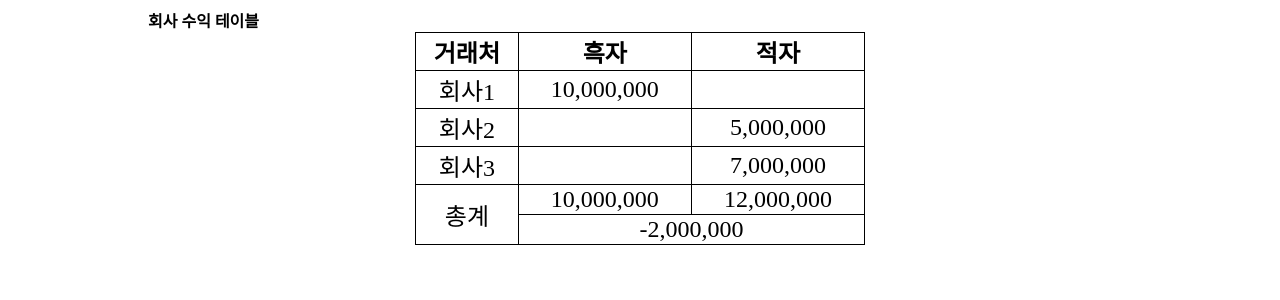
Repository: guswnsdldl/gb
Page: html workspace/f_table/src/main/webapp/span-task02.html
The author's editor kept a copy of each file at every save. The page is drawn from the files as they stood at one save, then again after the next save.
The browser window is 1280 px wide. The pictures show the whole page.

Above is the page before, as saved 2024-08-06 03:13:43.

### html workspace/f_table/src/main/webapp/span-task02.html
<!DOCTYPE html>
<html>
<head>
<meta charset="UTF-8">
<title>회사 수익 테이블</title>
<style>
   table, tr, td, th {
      text-align: center;
      width: 450px;
      margin: 0 auto;
      border: 1px solid black;
      border-collapse: collapse;
      font-size: 1.5rem;
   }
</style>
</head>
<body>

&nbsp;&nbsp;&nbsp;&nbsp;&nbsp;&nbsp;&nbsp;&nbsp;&nbsp;&nbsp;&nbsp;&nbsp;&nbsp;&nbsp;&nbsp;&nbsp;&nbsp;&nbsp;&nbsp;&nbsp;&nbsp;&nbsp;&nbsp;&nbsp;&nbsp;&nbsp;&nbsp;&nbsp;&nbsp;&nbsp;&nbsp;&nbsp;&nbsp;&nbsp;&nbsp;<strong>회사 수익 테이블</strong>
<table>
 		<tr>
        <th>거래처</th>
         <th>흑자</th>
          <th>적자</th>
      </tr>
      <tr>
         <td>회사1</td>
         <td>10,000,000</td>
         <td></td>

      </tr>
      <tr>
         <td>회사2</td>
         <td></td>
         <td>5,000,000</td>
      </tr>
      <tr>
         <td>회사3</td>
         <td></td>
         <td>7,000,000</td>
      </tr>
      <tr>
         <td rowspan="2">총계</td>
         <td>10,000,000</td>
         <td>12,000,000</td>
      </tr>
       <tr>

         <td colspan="2">-2,000,000</td>
      </tr>
   </table>

</body>
</html>

After the next save:
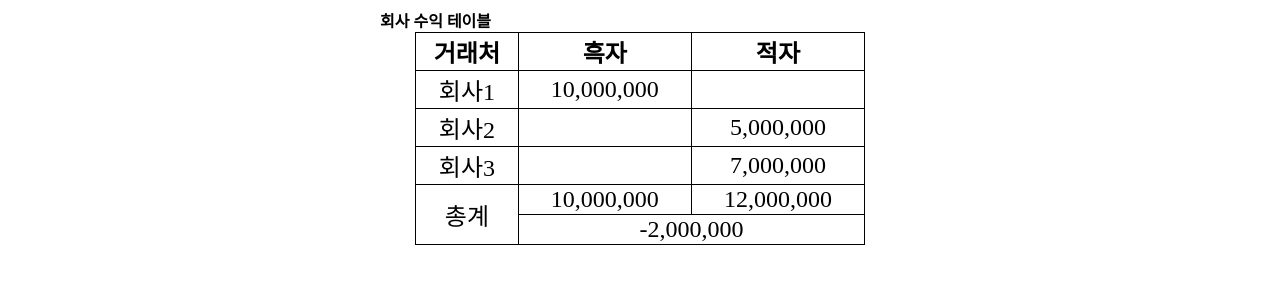
Saved 8 s later.
--- a/html workspace/f_table/src/main/webapp/span-task02.html
+++ b/html workspace/f_table/src/main/webapp/span-task02.html
@@ -16,7 +16,7 @@
 </head>
 <body>
 
-&nbsp;&nbsp;&nbsp;&nbsp;&nbsp;&nbsp;&nbsp;&nbsp;&nbsp;&nbsp;&nbsp;&nbsp;&nbsp;&nbsp;&nbsp;&nbsp;&nbsp;&nbsp;&nbsp;&nbsp;&nbsp;&nbsp;&nbsp;&nbsp;&nbsp;&nbsp;&nbsp;&nbsp;&nbsp;&nbsp;&nbsp;&nbsp;&nbsp;&nbsp;&nbsp;<strong>회사 수익 테이블</strong>
+&nbsp;&nbsp;&nbsp;&nbsp;&nbsp;&nbsp;&nbsp;&nbsp;&nbsp;&nbsp;&nbsp;&nbsp;&nbsp;&nbsp;&nbsp;&nbsp;&nbsp;&nbsp;&nbsp;&nbsp;&nbsp;&nbsp;&nbsp;&nbsp;&nbsp;&nbsp;&nbsp;&nbsp;&nbsp;&nbsp;&nbsp;&nbsp;&nbsp;&nbsp;&nbsp;&nbsp;&nbsp;&nbsp;&nbsp;&nbsp;&nbsp;&nbsp;&nbsp;&nbsp;&nbsp;&nbsp;&nbsp;&nbsp;&nbsp;&nbsp;&nbsp;&nbsp;&nbsp;&nbsp;&nbsp;&nbsp;&nbsp;&nbsp;&nbsp;&nbsp;&nbsp;&nbsp;&nbsp;&nbsp;&nbsp;&nbsp;&nbsp;&nbsp;&nbsp;&nbsp;&nbsp;&nbsp;&nbsp;&nbsp;&nbsp;&nbsp;&nbsp;&nbsp;&nbsp;&nbsp;&nbsp;&nbsp;&nbsp;&nbsp;&nbsp;&nbsp;&nbsp;&nbsp;&nbsp;&nbsp;&nbsp;&nbsp;&nbsp;<strong>회사 수익 테이블</strong>
 <table>
  		<tr>
         <th>거래처</th>
